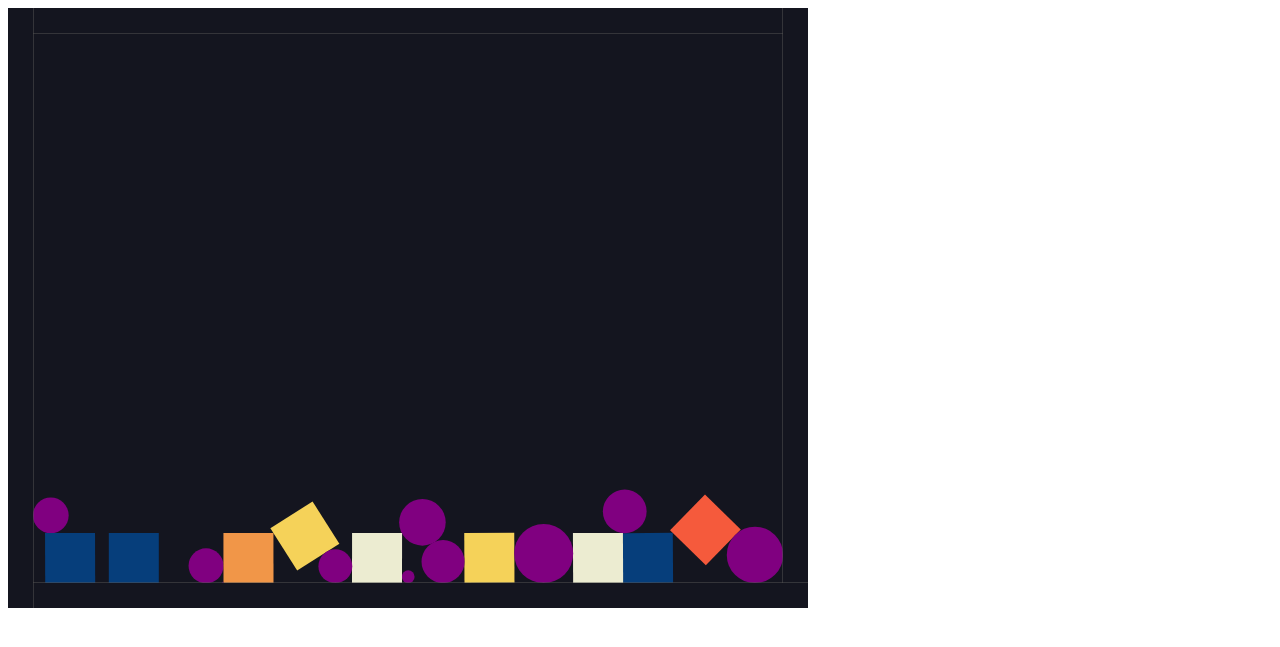
Repository: Sbethm/maze-runner
Page: index.html
The author's editor kept a copy of each file at every save. The page is drawn from the files as they stood at one save, then again after the next save.
The browser window is 1280 px wide. The pictures show the whole page.
Some web libraries are served in a nearby version.

Above is the page before, as saved 2021-10-01 16:30:24.

### index.html
<!DOCTYPE html>
<html lang="en">
<head>
    <meta charset="UTF-8">
    <meta http-equiv="X-UA-Compatible" content="IE=edge">
    <meta name="viewport" content="width=device-width, initial-scale=1.0">
    <script src="https://cdnjs.cloudflare.com/ajax/libs/matter-js/0.17.1/matter.min.js"></script>
    <title>Maze Runner</title>
</head>
<body>

    <script src="app.js"></script>
</body>
</html>

### app.js
const { Engine, World, Runner, Render, Bodies, MouseConstraint, Mouse} = Matter;

const width = 800;
const height = 600;

const engine = Engine.create();
const {world} = engine;
const render = Render.create({
    element: document.body,
    engine: engine,
    options: {
        wireframes: false,
        width,
        height
    }
});
Render.run(render);
Runner.run(Runner.create(), engine);

World.add(world, MouseConstraint.create(engine, {
    mouse: Mouse.create(render.canvas)
}));

//====== Random Shapes
for(let i = 0; i < 20; i++) {
    if(Math.random() > 0.5) {
        World.add(world, Bodies.rectangle(Math.random() * width, Math.random() * height, 50, 50));
    } else {
        World.add(world, Bodies.circle(Math.random() * width, Math.random() * height, Math.random() * 30, {
            render: {
                fillStyle: 'purple'
            }
        }));
    }


}

//====== Walls
const walls = [
    Bodies.rectangle(400, 0, 800, 50, {isStatic: true}),
    Bodies.rectangle(800, 300, 50, 600, {isStatic: true}),
    Bodies.rectangle(400, 600, 800, 50, {isStatic: true}),
    Bodies.rectangle(0, 300, 50, 600, {isStatic: true})
];

World.add(world, walls);

After the next save:
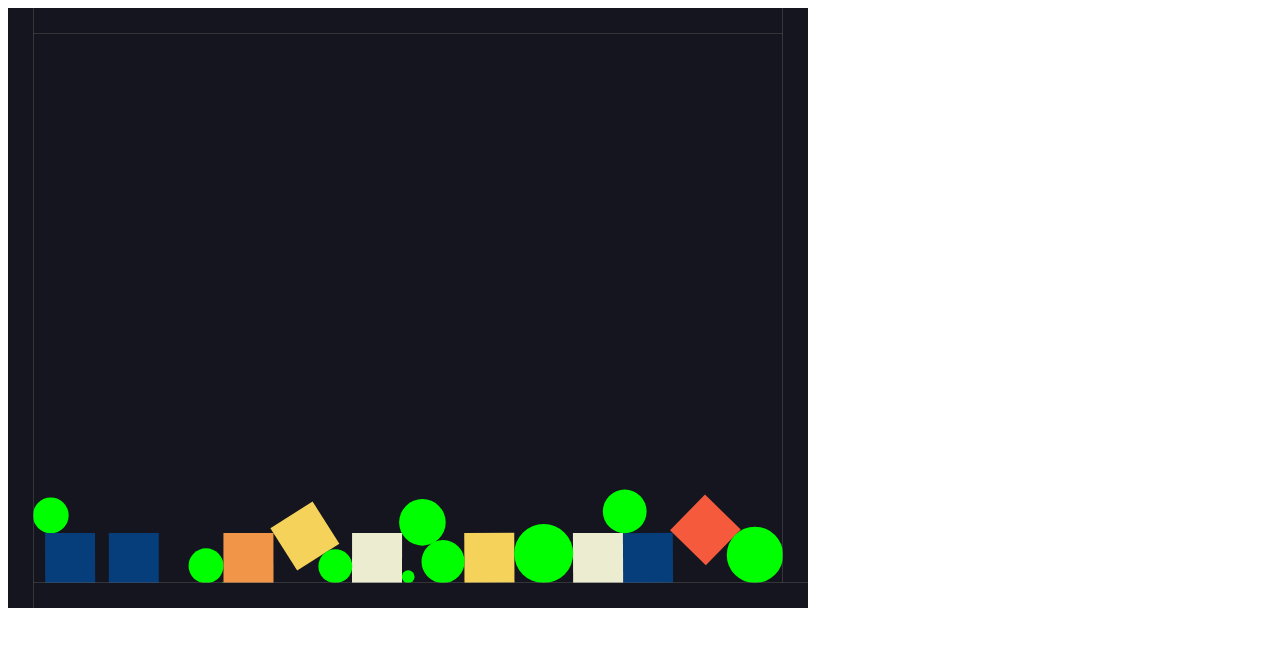
Saved 6 s later.
--- a/app.js
+++ b/app.js
@@ -28,7 +28,7 @@ for(let i = 0; i < 20; i++) {
     } else {
         World.add(world, Bodies.circle(Math.random() * width, Math.random() * height, Math.random() * 30, {
             render: {
-                fillStyle: 'purple'
+                fillStyle: 'lime'
             }
         }));
     }
